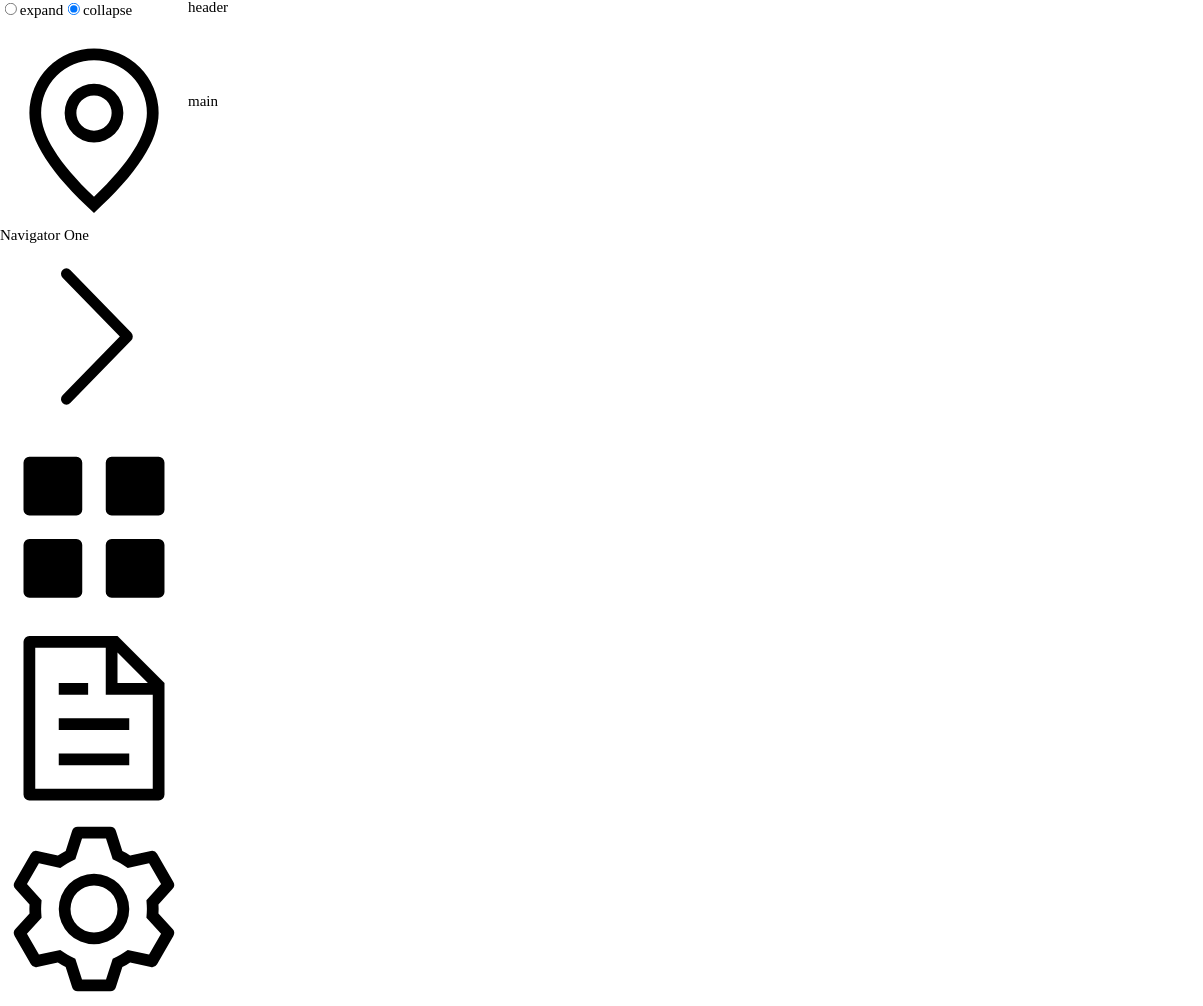
Repository: serrrN/vue-vite-template
Page: /
The author's editor kept a copy of each file at every save. The page is drawn from the files as they stood at one save, then again after the next save.
The browser window is 1280 px wide. The pictures show the whole page, at 94% of full size.
The project was rebuilt for these pictures with package versions that can differ from the ones it lists, and the page was loaded fresh each time. Also part of the build but not shown: vite.config.ts, src/styles/index.scss.

Above is the page before, as saved 2024-06-02 11:59:15.

After the next save:
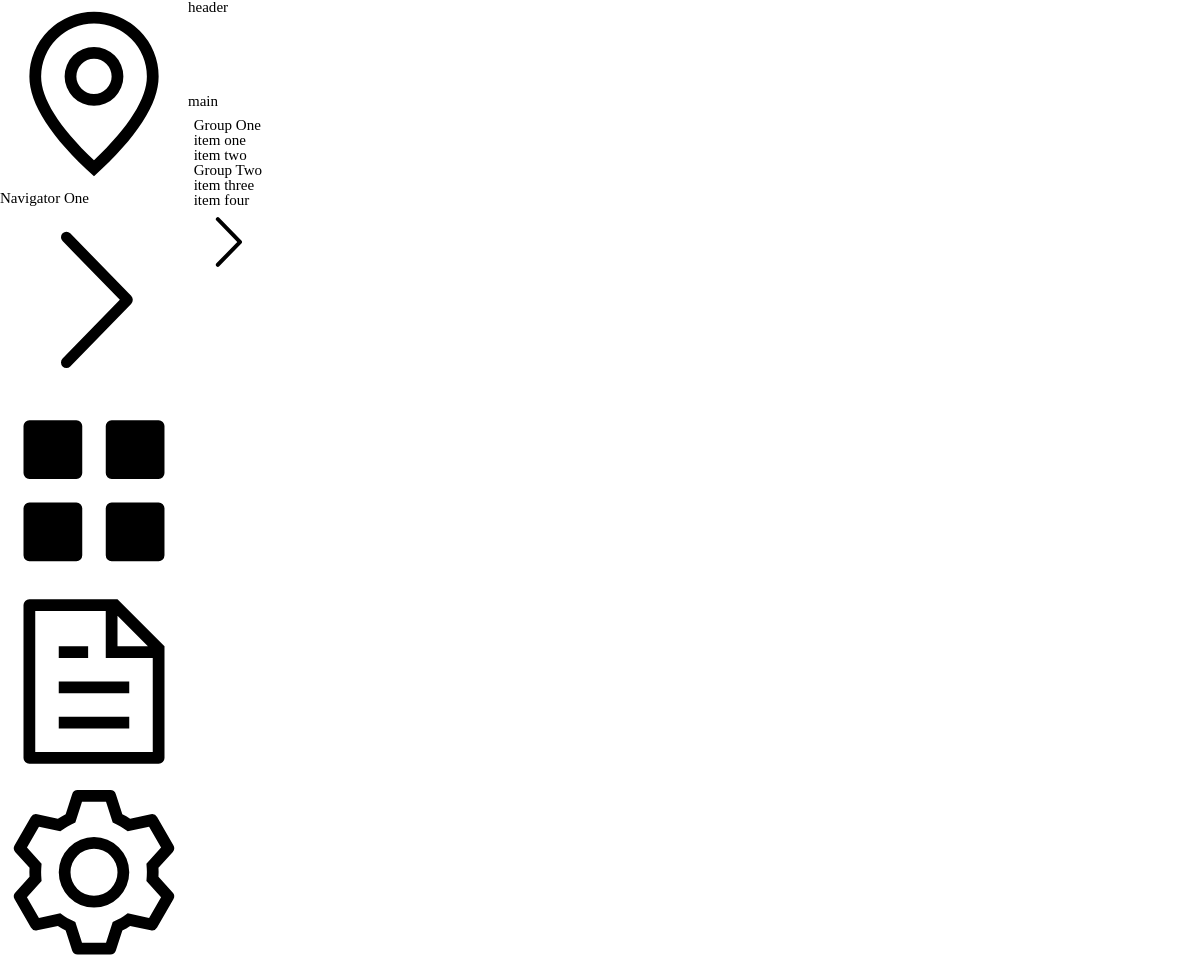
Saved 8 min 27 s later.
--- a/src/layout/menu/index.vue
+++ b/src/layout/menu/index.vue
@@ -1,8 +1,5 @@
 <template>
-    <el-radio-group v-model="isCollapse" style="margin-bottom: 20px">
-      <el-radio-button :value="false">expand</el-radio-button>
-      <el-radio-button :value="true">collapse</el-radio-button>
-    </el-radio-group>
+
     <el-menu
       default-active="2"
       class="el-menu-vertical-demo"
